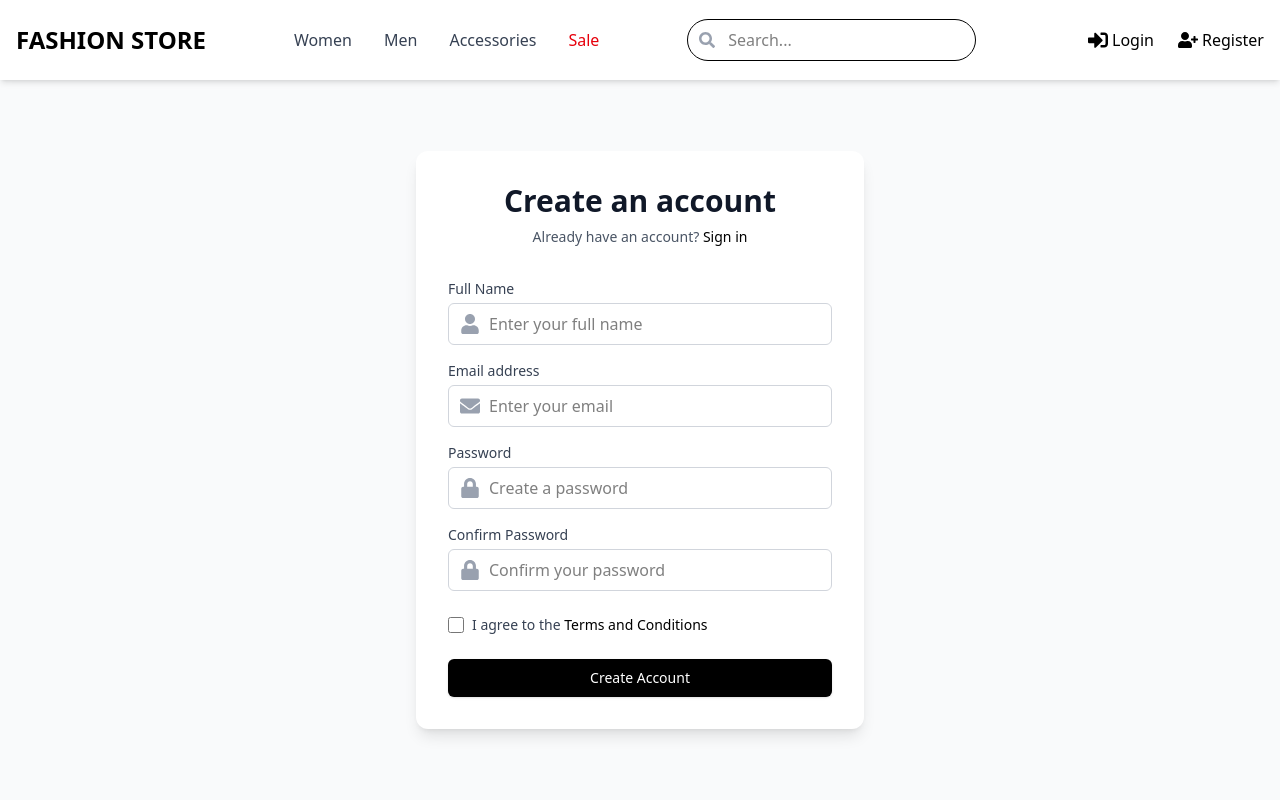
Repository: minhquang203/SHOPQUANAO
Page: /register (app in frontend/)
An editor plug-in stored every save of this project. The page is shown before and after the next save, followed by the edit.
The browser window is 1280 px wide. The pictures show the whole page.
The project was rebuilt for these pictures with package versions that can differ from the ones it lists, and the page was loaded fresh each time. Also part of the build but not shown: frontend/vite.config.js, frontend/src/components/AdminLayout.jsx, frontend/src/components/AdminRoute.jsx, frontend/src/pages/admin/Dashboard.jsx, frontend/src/pages/admin/Orders.jsx, frontend/src/pages/admin/Products.jsx, frontend/src/pages/admin/Users.jsx, frontend/src/pages/Homepage.jsx and 1 more.

Above is the page before, as saved 2025-05-01 14:40:12.

After the next save:
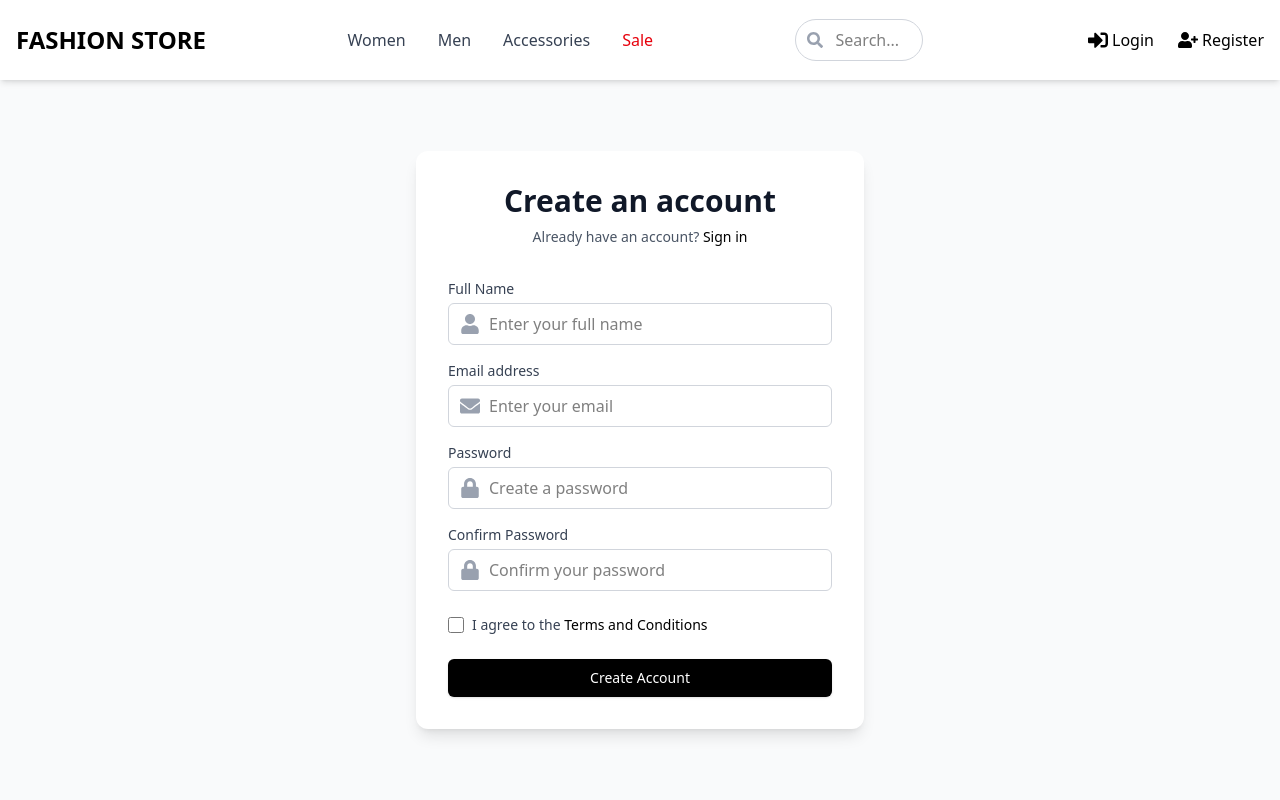
Saved 29 s later.
--- a/frontend/src/components/Navbar.jsx
+++ b/frontend/src/components/Navbar.jsx
@@ -121,14 +121,15 @@ function Navbar() {
 </Link>
           </div>
 
-          <div className="hidden md:flex items-center relative">
-            <input
-              type="text"
-              placeholder="Search..."
-              className="pl-10 pr-4 py-2 border rounded-full focus:outline-none focus:ring-2 focus:ring-black"
-            />
-            <FaSearch className="absolute left-3 text-gray-400" />
-          </div>
+          <div className="relative w-32 focus-within:w-64 transition-all duration-300 ease-in-out">
+  <input
+    type="text"
+    placeholder="Search..."
+    className="w-full pl-10 pr-4 py-2 border border-gray-300 rounded-full focus:outline-none focus:ring-2 focus:ring-black"
+  />
+  <FaSearch className="absolute left-3 top-1/2 transform -translate-y-1/2 text-gray-400" />
+</div>
+
 
           {user ? <AuthenticatedIcons /> : <NonAuthenticatedIcons />}
 
